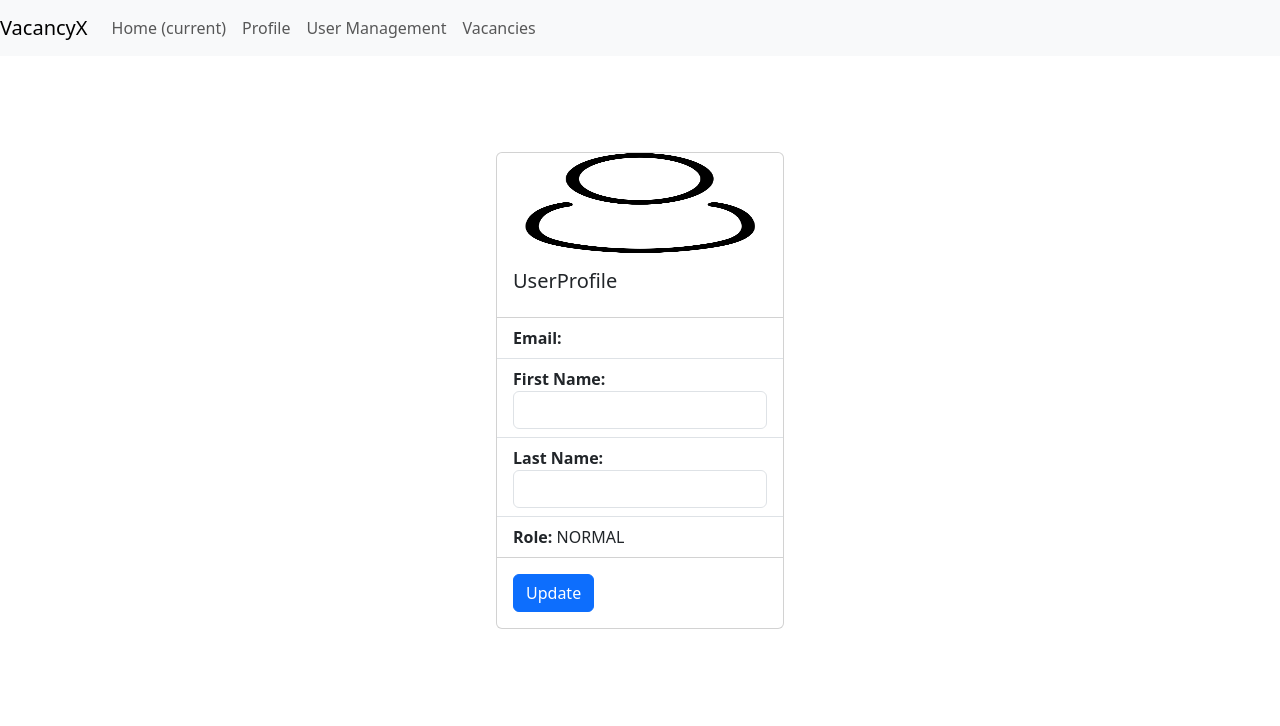
Repository: zipArk99/Vacancy-portal-serv
Page: http://localhost/VacancyPortal/updateuserdetail_page.jsp
These files come from the project's save history. The page is drawn as it stood at one moment and after the next save; the edit follows.
The browser window is 1280 px wide. The pictures show the whole page.
The page is served by Tomcat 9. Other server files are loaded and not shown. The template is opened directly, without the code that normally fills it, so the values that code supplies are empty.

Above is the page before, as saved 2024-08-21 05:18:29.

### VacancyPortal/src/main/webapp/updateuserdetail_page.jsp
<%@ page language="java" contentType="text/html; charset=UTF-8"
    pageEncoding="UTF-8"%>
    <%@ taglib prefix="c" uri="http://java.sun.com/jsp/jstl/core" %>
<!DOCTYPE html>
<html>
<head>
<meta charset="UTF-8">
<title>Update User</title>
<style>
body, html {
	height: 90%;
	margin: 0;
}

.container {
	display: flex;
	justify-content: center;
	align-items: center;
	height: 93vh; /* Full viewport height */
}
</style>
</head>
<body>
<body>
<%@ include file="header.jsp" %>
<form action="/VacancyPortal/user" method="PUT">
	<div class="container">
		<div class="card" style="width: 18rem;">
			<img src="user.png" class="card-img-top" alt="..." height="100px" width="20px" draggable="true">
			<div class="card-body">
				<h5 class="card-title">UserProfile</h5>
			</div>
			<ul class="list-group list-group-flush">
				<li class="list-group-item"><b>Email:</b> <c:out value="${param.email}"></c:out> </li>

				<li class="list-group-item"><b>First Name:</b> <input type="text"
					name="fname" class="form-control" id="fnameId"
					value="${param.fname}" aria-describedby="emailHelp"></li>


				<li class="list-group-item"><b>Last Name:</b> <input type="text"
					name="fname" class="form-control" id="fnameId"
					value="${param.lname}" aria-describedby="emailHelp"></li>


				<li class="list-group-item"><b>Role:</b><c:choose>
				<c:when test="${requestScope.role==1}">
				<c:out value="ADMIN"></c:out>
				 </c:when>
				<c:otherwise>
				<c:out value="NORMAL"></c:out>
				</c:otherwise>
				</c:choose> </li>
			</ul>
			<div class="card-body">
				<input type="submit"class="btn btn-primary" value="Update">
			</div>
		</div>
	</div>
	</form>
</body>
</html>

### VacancyPortal/src/main/webapp/header.jsp
<%@ page language="java" contentType="text/html; charset=UTF-8"
    pageEncoding="UTF-8"%>
<!DOCTYPE html>
<html>
  <head>
    <meta charset="utf-8">
    <meta name="viewport" content="width=device-width, initial-scale=1">
    <title>Bootstrap demo</title>
    <link href="https://cdn.jsdelivr.net/npm/bootstrap@5.3.3/dist/css/bootstrap.min.css" rel="stylesheet" integrity="sha384-QWTKZyjpPEjISv5WaRU9OFeRpok6YctnYmDr5pNlyT2bRjXh0JMhjY6hW+ALEwIH" crossorigin="anonymous">
  </head>
<body>

<nav class="navbar navbar-expand-lg navbar-light bg-light">
  <a class="navbar-brand" href="#">VacancyX</a>
  <button class="navbar-toggler" type="button" data-toggle="collapse" data-target="#navbarText" aria-controls="navbarText" aria-expanded="false" aria-label="Toggle navigation">
    <span class="navbar-toggler-icon"></span>
  </button>
  <div class="collapse navbar-collapse" id="navbarText">
    <ul class="navbar-nav mr-auto">
      <li class="nav-item active">
        <a class="nav-link" href="#">Home <span class="sr-only">(current)</span></a>
      </li>
      <li class="nav-item">
        <a class="nav-link" href="/VacancyPortal/portal/userprofile">Profile</a>
      </li>
      <li class="nav-item">
        <a class="nav-link" href="#">User Management</a>
      </li>
        <li class="nav-item">
        <a class="nav-link" href="#">Vacancies</a>
      </li>
    </ul>

  </div>
</nav>
</body>
</html>

After the next save:
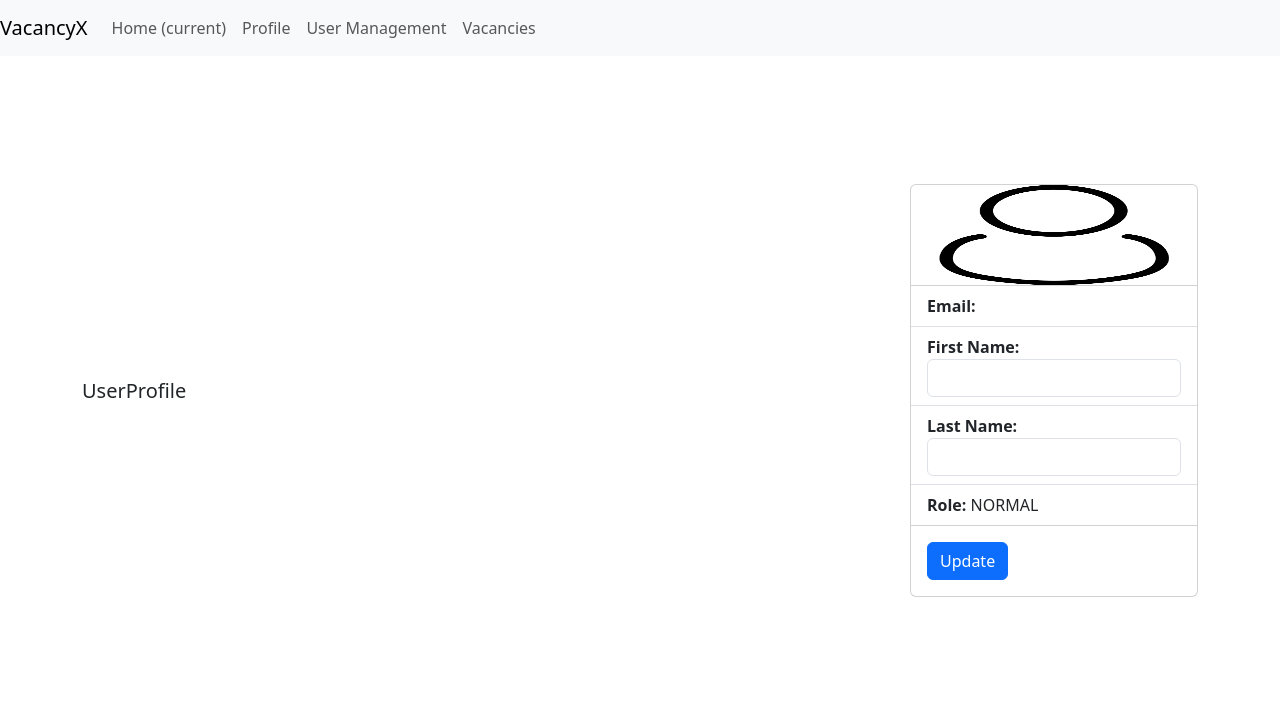
Saved 30 s later.
--- a/VacancyPortal/src/main/webapp/updateuserdetail_page.jsp
+++ b/VacancyPortal/src/main/webapp/updateuserdetail_page.jsp
@@ -25,11 +25,12 @@ body, html {
 <%@ include file="header.jsp" %>
 <form action="/VacancyPortal/user" method="PUT">
 	<div class="container">
+	<div class="card-body">
+				<h5 class="card-title">UserProfile</h5>
+			</div>
 		<div class="card" style="width: 18rem;">
 			<img src="user.png" class="card-img-top" alt="..." height="100px" width="20px" draggable="true">
-			<div class="card-body">
-				<h5 class="card-title">UserProfile</h5>
-			</div>
+
 			<ul class="list-group list-group-flush">
 				<li class="list-group-item"><b>Email:</b> <c:out value="${param.email}"></c:out> </li>
 
